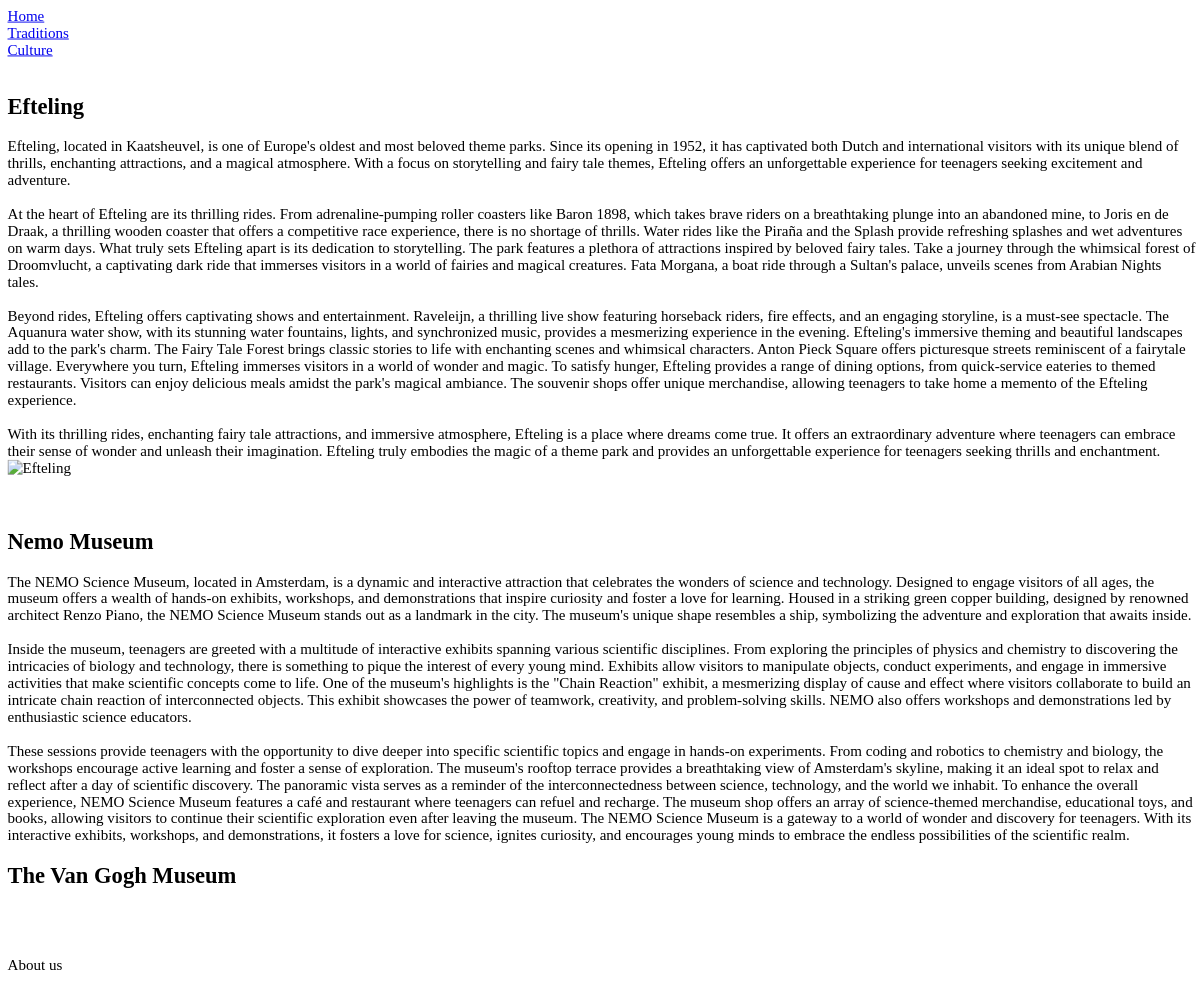
Repository: Cornman63/The-netherlands
Page: html/sights.html
The author's editor kept a copy of each file at every save. The page is drawn from the files as they stood at one save, then again after the next save.
The browser window is 1280 px wide. The pictures show the whole page, at 94% of full size.

Above is the page before, as saved 2023-05-26 12:45:37.

### html/sights.html
<!DOCTYPE html>
<html lang="en">
<head>
    <meta charset="UTF-8">
    <meta http-equiv="X-UA-Compatible" content="IE=edge">
    <meta name="viewport" content="width=device-width, initial-scale=1.0">
    <link rel="stylesheet" href="../CSS\style2.css>
    <title>Visit the Netherlands</title>

</head>
<body>
    <div class="top">
        <div class="site"><a href="index.html" class="link">Home</a></div>
        <div class="site"><a href="traditions.html" class="link">Traditions</a></div>
        <div class="site"><a href="culture.html" class="link">Culture</a></div>
        <div class="site"><a href="sights.html" style="color: white" class="link">Sights</a></div>
    </div>
    <h2>Efteling</h2>
    <div class="text">
        Efteling, located in Kaatsheuvel, is one of Europe's oldest and most beloved theme parks. Since its opening in 1952, it has captivated both Dutch and international visitors with its unique blend of thrills, enchanting attractions, and a magical atmosphere. With a focus on storytelling and fairy tale themes, Efteling offers an unforgettable experience for teenagers seeking excitement and adventure.

<br><br>
        At the heart of Efteling are its thrilling rides. From adrenaline-pumping roller coasters like Baron 1898, which takes brave riders on a breathtaking plunge into an abandoned mine, to Joris en de Draak, a thrilling wooden coaster that offers a competitive race experience, there is no shortage of thrills. Water rides like the Piraña and the Splash provide refreshing splashes and wet adventures on warm days.

What truly sets Efteling apart is its dedication to storytelling. The park features a plethora of attractions inspired by beloved fairy tales. Take a journey through the whimsical forest of Droomvlucht, a captivating dark ride that immerses visitors in a world of fairies and magical creatures. Fata Morgana, a boat ride through a Sultan's palace, unveils scenes from Arabian Nights tales.
<br><br>
Beyond rides, Efteling offers captivating shows and entertainment. Raveleijn, a thrilling live show featuring horseback riders, fire effects, and an engaging storyline, is a must-see spectacle. The Aquanura water show, with its stunning water fountains, lights, and synchronized music, provides a mesmerizing experience in the evening.

Efteling's immersive theming and beautiful landscapes add to the park's charm. The Fairy Tale Forest brings classic stories to life with enchanting scenes and whimsical characters. Anton Pieck Square offers picturesque streets reminiscent of a fairytale village. Everywhere you turn, Efteling immerses visitors in a world of wonder and magic.

To satisfy hunger, Efteling provides a range of dining options, from quick-service eateries to themed restaurants. Visitors can enjoy delicious meals amidst the park's magical ambiance. The souvenir shops offer unique merchandise, allowing teenagers to take home a memento of the Efteling experience.
<br><br>
With its thrilling rides, enchanting fairy tale attractions, and immersive atmosphere, Efteling is a place where dreams come true. It offers an extraordinary adventure where teenagers can embrace their sense of wonder and unleash their imagination. Efteling truly embodies the magic of a theme park and provides an unforgettable experience for teenagers seeking thrills and enchantment.

    </div>
    <img src="images\efeling.jpg" alt="Efteling" id="place">

    <br><br><br>
    <div class="Nemo">
        <h2>Nemo Museum</h2>
        The NEMO Science Museum, located in Amsterdam, is a dynamic and interactive attraction that celebrates the wonders of science and technology. Designed to engage visitors of all ages, the museum offers a wealth of hands-on exhibits, workshops, and demonstrations that inspire curiosity and foster a love for learning.

Housed in a striking green copper building, designed by renowned architect Renzo Piano, the NEMO Science Museum stands out as a landmark in the city. The museum's unique shape resembles a ship, symbolizing the adventure and exploration that awaits inside.

<br><br>
Inside the museum, teenagers are greeted with a multitude of interactive exhibits spanning various scientific disciplines. From exploring the principles of physics and chemistry to discovering the intricacies of biology and technology, there is something to pique the interest of every young mind. Exhibits allow visitors to manipulate objects, conduct experiments, and engage in immersive activities that make scientific concepts come to life.

One of the museum's highlights is the "Chain Reaction" exhibit, a mesmerizing display of cause and effect where visitors collaborate to build an intricate chain reaction of interconnected objects. This exhibit showcases the power of teamwork, creativity, and problem-solving skills.

NEMO also offers workshops and demonstrations led by enthusiastic science educators.
<br><br>

These sessions provide teenagers with the opportunity to dive deeper into specific scientific topics and engage in hands-on experiments. From coding and robotics to chemistry and biology, the workshops encourage active learning and foster a sense of exploration.

The museum's rooftop terrace provides a breathtaking view of Amsterdam's skyline, making it an ideal spot to relax and reflect after a day of scientific discovery. The panoramic vista serves as a reminder of the interconnectedness between science, technology, and the world we inhabit.

To enhance the overall experience, NEMO Science Museum features a café and restaurant where teenagers can refuel and recharge. The museum shop offers an array of science-themed merchandise, educational toys, and books, allowing visitors to continue their scientific exploration even after leaving the museum.

The NEMO Science Museum is a gateway to a world of wonder and discovery for teenagers. With its interactive exhibits, workshops, and demonstrations, it fosters a love for science, ignites curiosity, and encourages young minds to embrace the endless possibilities of the scientific realm.


    </div>
    <div class="The Van Gogh Museum">
        <h2>The Van Gogh Museum</h2>

    <br><br><br>

    <div class="bottom">
        About us
    </div>
</body>
</html>

### CSS/style2.css
.top, .bottom {
    display: flex;
    flex-direction: row;
    justify-content: center;
    align-content:center;
    background-color:#861023;
    margin: auto;
    font-size: 150%;
}
.bottom{
    background-color: #053484;
}
.topbar {
    display: flex;
    border: 1%;
    margin: 1%;
    margin-right: 10%;
    align-content: center;
    width: 90%;
}

.link{
    text-decoration: none;
}
.link:link {
    color:black;
}
.link:visited {
    color:black;
}
.link:hover {
    color:white;
}
.foodmain {
    display: flex;
    flex-direction: row;
}
.food1 {
    max-width: 400px;
    margin: auto;
    display: flex;
    flex-direction: row;
}
#wafel, #hagel, #herring, #lico {
    width: 50%;
    height: 50%;
    display: flex;
    flex-direction: row;
}
.start {
    width: 100px;
}

After the next save:
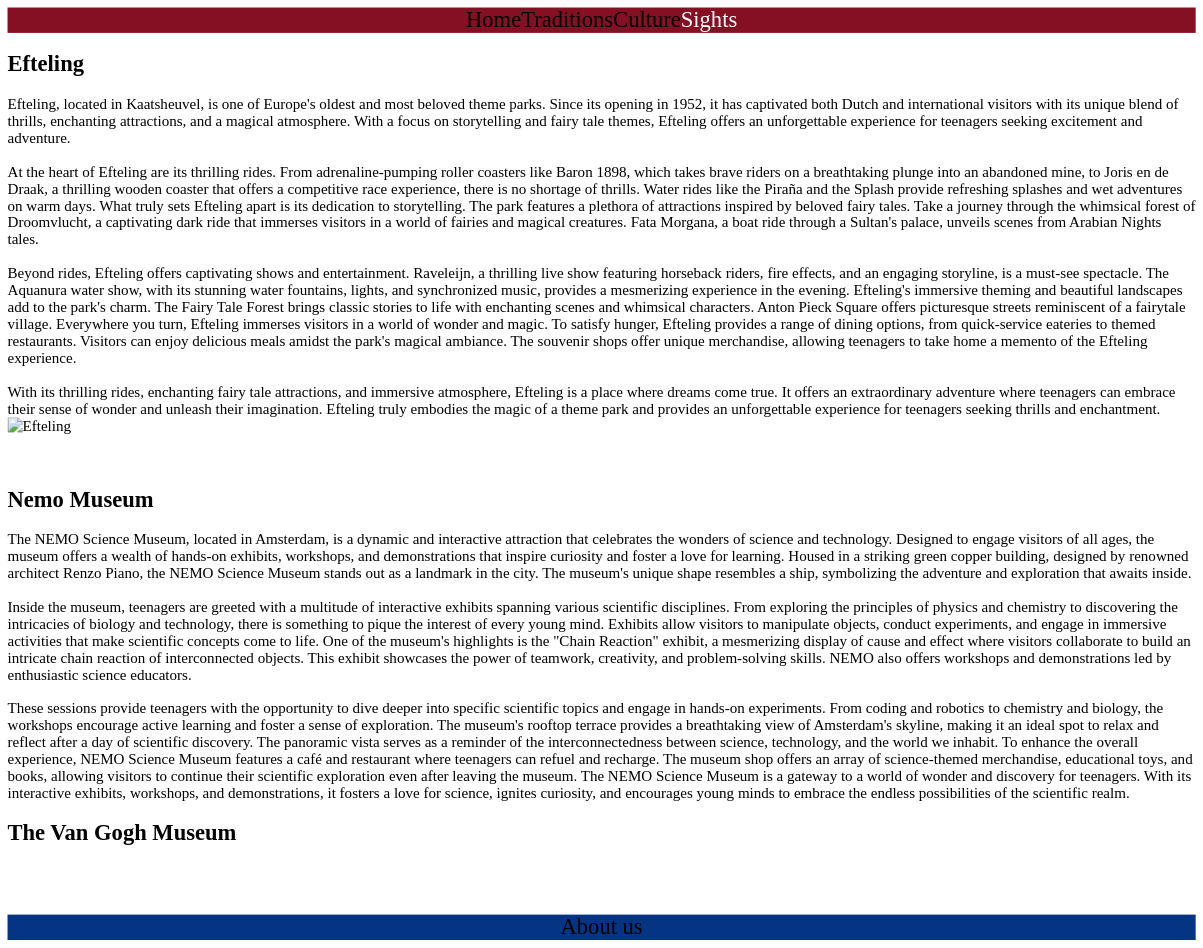
Saved 7 s later.
--- a/html/sights.html
+++ b/html/sights.html
@@ -4,7 +4,7 @@
     <meta charset="UTF-8">
     <meta http-equiv="X-UA-Compatible" content="IE=edge">
     <meta name="viewport" content="width=device-width, initial-scale=1.0">
-    <link rel="stylesheet" href="../CSS\style2.css>
+    <link rel="stylesheet" href="../CSS\style2.css">
     <title>Visit the Netherlands</title>
 
 </head>
